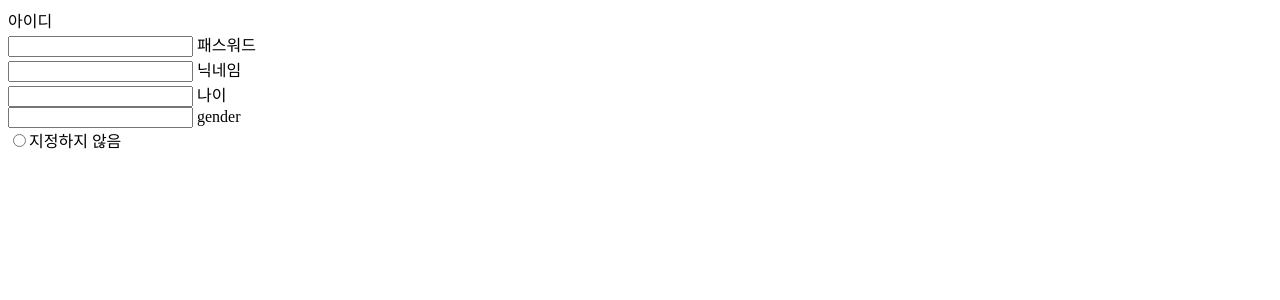
Repository: HwangEojin/homework
Page: http://localhost/day04_mybatis/
The author's editor kept a copy of each file at every save. The page is drawn from the files as they stood at one save, then again after the next save.
The browser window is 1280 px wide. The pictures show the whole page.
The page is served by Tomcat 9.

Above is the page before, as saved 2025-01-15 02:06:08.

After the next save:
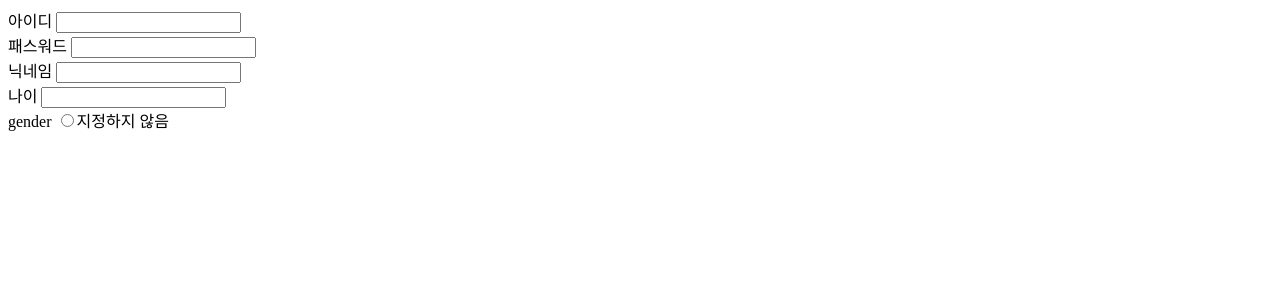
Saved 52 s later.
--- a/week09/day04_mybatis/src/main/webapp/index.jsp
+++ b/week09/day04_mybatis/src/main/webapp/index.jsp
@@ -12,28 +12,28 @@
 
 	<form action="MyServlet" method="get">
 		<label>
-			아이디<br>
-			<input type="text"></input>
+			아이디
+			<input type="text"></input><br>
 		</label>
 
 		<label>
-			패스워드<br>
-			<input type="password"></input>
+			패스워드
+			<input type="password"></input><br>
 		</label>
 
 		<label>
-			닉네임<br>
-			<input type="text"></input>
+			닉네임
+			<input type="text"></input><br>
 		</label>
 
 		<label>
-			나이<br>
-			<input type="text"></input>
+			나이
+			<input type="text"></input><br>
 		</label>
 
 		<label>
-			gender<br>
-			<input type="radio">지정하지 않음</input>
+			gender
+			<input type="radio">지정하지 않음</input><br>
 		</label>
 
 	</form>
